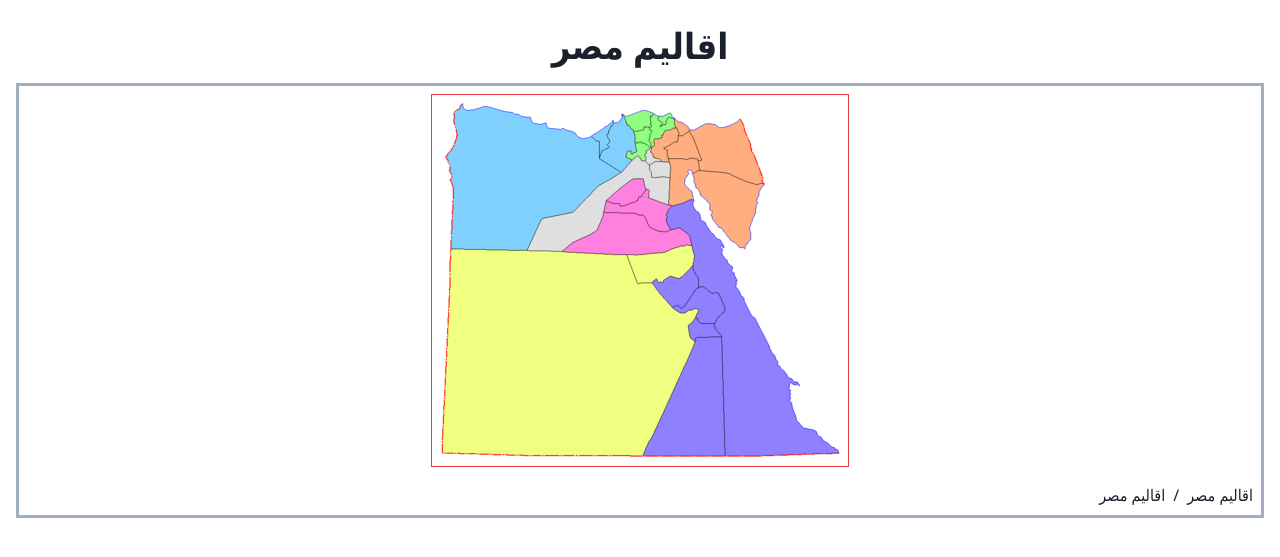
Repository: ahmed-mohamed-eng/egypt-gov-map
Page: /
These files come from the project's save history. The page is drawn as it stood at one moment and after the next save; the edit follows.
The browser window is 1280 px wide. The pictures show the whole page.
Some web fonts or font styles are not loaded; a fallback is used. The project was rebuilt for these pictures with package versions that can differ from the ones it lists, and the page was loaded fresh each time. The framework's server and built-in components were replaced by stand-ins that run in the browser. Also part of the build but not shown: next.config.js.

Above is the page before, as saved 2022-05-28 14:05:40.

### pages/_app.tsx
import "../styles/globals.css";

import type { AppProps } from "next/app";

import { ChakraProvider, extendTheme } from "@chakra-ui/react";

const theme = extendTheme({
  fonts: {
    heading: `"Aref Ruqaa" ,'Segoe UI', Tahoma, Geneva, Verdana, sans-serif`,
  }
});

function MyApp({ Component, pageProps }: AppProps) {
  return (
    <ChakraProvider theme={theme}>
      <Component {...pageProps} />
    </ChakraProvider>
  );
}

export default MyApp;

### pages/_document.tsx
import Document, {
  Html,
  Head,
  Main,
  NextScript,
  DocumentContext,
} from "next/document";

class MyDocument extends Document {
  static async getInitialProps(ctx: DocumentContext) {
    const initialProps = await Document.getInitialProps(ctx);
    return { ...initialProps };
  }

  render() {
    return (
      <Html dir="rtl" lang="ar">
        <Head />
        <body>
          <Main />
          <NextScript />
        </body>
      </Html>
    );
  }
}

export default MyDocument;

### pages/index.tsx
import type { NextPage } from "next";

// Custom Components
import Header from "../components/Header";
import PageContainer from "../components/PageContainer";
import MainContentArea from "../components/MainContentArea";

const Home: NextPage = () => {
  return (
    <PageContainer>
      <Header headerTitle="اقاليم مصر" />
      <MainContentArea />
    </PageContainer>
  );
};

export default Home;

### styles/globals.css
@import url('https://fonts.googleapis.com/css2?family=Aref+Ruqaa:wght@400;700&display=swap');

@tailwind base;
@tailwind components;
@tailwind utilities;

html,
body {
  padding: 0;
  margin: 0;
  font-family: -apple-system, BlinkMacSystemFont, Segoe UI, Roboto, Oxygen,
    Ubuntu, Cantarell, Fira Sans, Droid Sans, Helvetica Neue, sans-serif;
}

a {
  color: inherit;
  text-decoration: none;
}

* {
  box-sizing: border-box;
  font-family: "Aref Ruqaa" ,'Segoe UI', Tahoma, Geneva, Verdana, sans-serif;
}

### components/Header/index.tsx
export { Header as default } from "./Header";

### components/PageContainer/index.tsx
export { PageContainer as default } from "./PageContainer";

### components/MainContentArea/index.tsx
export { MainContentArea as default } from "./MainContentArea";

### components/Header/Header.tsx
import { Flex, Heading } from "@chakra-ui/react";

export interface HeaderProps {
  headerTitle: string;
}

export const Header = (props: HeaderProps) => {
  return (
    <Flex
      as="header"
      justifyContent="center"
      alignItems="center"
      fontSize="1.5rem"
      fontFamily="arabic"
    >
      <Heading as="h1">{props.headerTitle}</Heading>
    </Flex>
  );
};

### components/PageContainer/PageContainer.tsx
import { VStack } from "@chakra-ui/react"

export const PageContainer = (props: any) => {
  return (
    <VStack py="1.5rem" px="1rem" spacing="1rem">
        {props.children}
    </VStack>
  )
}

### components/MainContentArea/MainContentArea.tsx
import { VStack } from "@chakra-ui/react";

// Custom Components.
import MapArea from "./MapArea";
import QuickNavigationArea from "./QuickNavigationArea";

export const MainContentArea = () => {
  return (
    <VStack
      as="main"
      w="full"
      p="0.5rem"
      spacing="1rem"
      borderWidth="medium"
      borderColor="gray.400"
    >
      <MapArea />
      <QuickNavigationArea
        breadcrumbItems={[
          {
            text: "اقاليم مصر",
            url: "#",
          },
          {
            text: "اقاليم مصر",
            url: "#",
          },
        ]}
      />
    </VStack>
  );
};

### components/MainContentArea/MapArea/index.tsx
export { MapArea as default } from "./MapArea";

### components/MainContentArea/QuickNavigationArea/index.tsx
export { QuickNavigationArea as default } from "./QuickNavigationArea";

### components/MainContentArea/MapArea/MapArea.tsx
import { VStack } from "@chakra-ui/react";

// Custom Components.
import MapImage from "./MapImage";

export const MapArea = () => {
  return (
    <VStack w="full" spacing="0.5rem">
      <MapImage />
    </VStack>
  );
};

### components/MainContentArea/QuickNavigationArea/QuickNavigationArea.tsx
import { v4 as uuidV4 } from "uuid";

import { Breadcrumb, BreadcrumbItem, BreadcrumbLink } from "@chakra-ui/react";

export type BreadcrumbElement = {
  url: string;
  text: string;
};

export interface QuickNavigationAreaProps {
  breadcrumbItems: Array<BreadcrumbElement>;
}

export const QuickNavigationArea = (props: QuickNavigationAreaProps) => {
  const breadcrumbItems = props.breadcrumbItems.map((item) => {
    return (
      <BreadcrumbItem key={uuidV4()}>
        <BreadcrumbLink href={item.url}>{item.text}</BreadcrumbLink>
      </BreadcrumbItem>
    );
  });

  return <Breadcrumb w="full">{breadcrumbItems}</Breadcrumb>;
};

### components/MainContentArea/MapArea/MapImage/index.tsx
export { MapImage as default } from "./MapImage";

### components/MainContentArea/MapArea/MapImage/MapImage.tsx
import React from "react";

import { Flex, Image } from "@chakra-ui/react";

// Images Sources.
import mapImage from "../../../../images/Egypt_Provinces.webp";

export const MapImage = () => {
  return (
    <Flex borderWidth="thin" borderColor="red.500" p="0.5rem">
      <Image mixBlendMode="multiply" src={mapImage.src} alt="Egypt Province Map" />
    </Flex>
  );
};

Loaded but not shown: tailwind.config.js (common file)

After the next save:
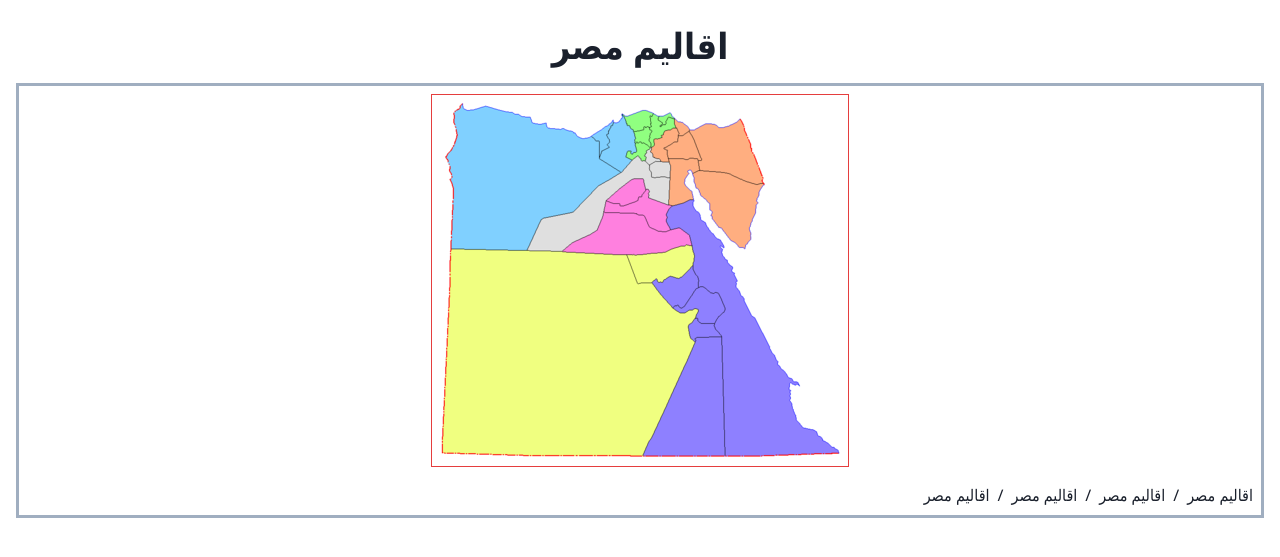
Saved 18 s later.
--- a/components/MainContentArea/MainContentArea.tsx
+++ b/components/MainContentArea/MainContentArea.tsx
@@ -25,6 +25,14 @@ export const MainContentArea = () => {
             text: "اقاليم مصر",
             url: "#",
           },
+          {
+            text: "اقاليم مصر",
+            url: "#",
+          },
+          {
+            text: "اقاليم مصر",
+            url: "#",
+          },
         ]}
       />
     </VStack>
